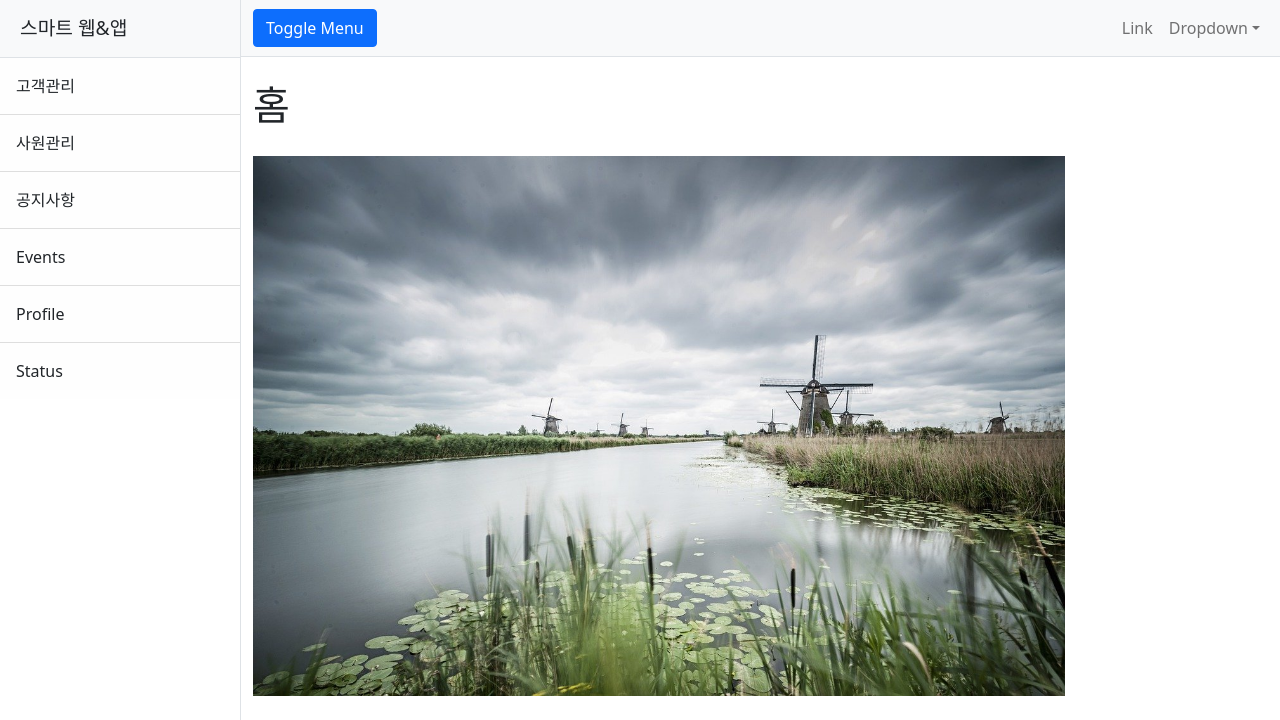
Repository: iwonhee/Study_Servlet
Page: http://localhost/web/index
These files come from the project's save history. The page is drawn as it stood at one moment and after the next save; the edit follows.
The browser window is 1280 px wide. The pictures show the whole page.
The page is served by Tomcat 9. Other server files are loaded and not shown.

Above is the page before, as saved 2022-12-02 06:51:39.

### web/src/main/webapp/index.jsp
<%@ page language="java" contentType="text/html; charset=UTF-8"
    pageEncoding="UTF-8"%>
<%@ taglib uri="http://java.sun.com/jsp/jstl/core" prefix="c"%>
<!DOCTYPE html>
<html>
<head>
<meta charset="UTF-8">
<meta name="viewport" content="width=device-width, initial-scale=1, shrink-to-fit=no" />
<title>Insert title here</title>
</head>
<body>
    <div class="d-flex" id="wrapper">
        <!-- SideBar-->
        <jsp:include page="include/sidebar.jsp"/>
        <!-- Page content wrapper-->
	<div id="page-content-wrapper">
        <!-- Top navigation-->
        <jsp:include page="include/navigation.jsp"/>
        <!-- Page content-->
    <div class="container-fluid">
    	<h1 class="mt-4">홈</h1>
        <img alt="" src="images/home.jpg" style='width:80%'>
            </div>
        </div>
    </div>
</body>
</html>

### web/src/main/webapp/include/sidebar.jsp
<%@ page language="java" contentType="text/html; charset=UTF-8"
    pageEncoding="UTF-8"%>
<%@ taglib uri="http://java.sun.com/jsp/jstl/core" prefix="c"%>
<head>
	<link rel="icon" type="image/x-icon" href="assets/favicon.ico" />
	<link href="css/styles.css?<%= new java.util.Date() %>" rel="stylesheet" />
	<link href="css/common.css?<%= new java.util.Date() %>" rel="stylesheet" />

	<script src="https://code.jquery.com/jquery-3.6.1.js"></script>
	<script src="https://cdn.jsdelivr.net/npm/bootstrap@5.1.3/dist/js/bootstrap.bundle.min.js"></script>
	<script src="js/scripts.js"></script>

</head>

<body>
<div class="border-end bg-white" id="sidebar-wrapper">
    <div class="sidebar-heading border-bottom bg-light"><a href='<c:url value="/index"/>'>스마트 웹&amp;앱</a></div>
    <div class="list-group list-group-flush">
        <a class="${category eq 'cu' ? 'category' : ''} list-group-item list-group-item-action list-group-item-light p-3" href="list.cu">고객관리</a>
        <a class="${category eq 'hr' ? 'category' : ''} list-group-item list-group-item-action list-group-item-light p-3" href="list.hr">사원관리</a>
        <a class="${category eq 'no' ? 'category' : ''} list-group-item list-group-item-action list-group-item-light p-3" href="list.no">공지사항</a>
        <a class="list-group-item list-group-item-action list-group-item-light p-3" href="#!">Events</a>
        <a class="list-group-item list-group-item-action list-group-item-light p-3" href="#!">Profile</a>
        <a class="list-group-item list-group-item-action list-group-item-light p-3" href="#!">Status</a>
    </div>
</div>
</body>

### web/src/main/webapp/include/navigation.jsp
<%@ page language="java" contentType="text/html; charset=UTF-8"
    pageEncoding="UTF-8"%>
<%@ taglib uri="http://java.sun.com/jsp/jstl/core" prefix="c"%>
<link rel="icon" type="image/x-icon" href="assets/favicon.ico" />
<link href="css/styles.css" rel="stylesheet" />
<!-- 폰트어썸 cdn -->
<link rel='stylesheet' type='text/css' href='https://cdnjs.cloudflare.com/ajax/libs/font-awesome/6.2.1/css/all.min.css'>
<script src='https://cdnjs.cloudflare.com/ajax/libs/font-awesome/6.2.1/js/all.min.js'></script>
<nav class="navbar navbar-expand-lg navbar-light bg-light border-bottom">
    <div class="container-fluid">
        <button class="btn btn-primary" id="sidebarToggle">Toggle Menu</button>
        <button class="navbar-toggler" type="button" data-bs-toggle="collapse" data-bs-target="#navbarSupportedContent" aria-controls="navbarSupportedContent" aria-expanded="false" aria-label="Toggle navigation"><span class="navbar-toggler-icon"></span></button>
        <div class="collapse navbar-collapse" id="navbarSupportedContent">
            <ul class="navbar-nav ms-auto mt-2 mt-lg-0">
                <li class="nav-item active">
                	<c:if test='${!empty loginInfo.profile_image}'>
	                	<img class='profile' src='${loginInfo.profile_image}'>
                	<%-- </c:if>
                	<c:if test='${empty loginInfo.profile_image}'> --%>
                		<i class="font fa-regular fa-circle-user"></i>
                	</c:if>
                	<span style='margin-right:20px'>${loginInfo.name}</span>
                </li>
                <li class="nav-item"><a class="nav-link" href="#!">Link</a></li>
                <li class="nav-item dropdown">
                    <a class="nav-link dropdown-toggle" id="navbarDropdown" href="#" role="button" data-bs-toggle="dropdown" aria-haspopup="true" aria-expanded="false">Dropdown</a>
                    <div class="dropdown-menu dropdown-menu-end" aria-labelledby="navbarDropdown">
                    <!-- 로그인하지 않은 경우 -->
                    <c:if test='${empty loginInfo}'>
                        <a class="dropdown-item" href="login.mb">로그인</a>
                        <a class="dropdown-item" href="#!">회원가입</a>
                    </c:if>
                    <!-- 로그인한 경우 -->
                    <c:if test='${not empty loginInfo}'>
                        <a class="dropdown-item" href="#!">내 정보</a>
                        <a class="dropdown-item" href="logout.mb">로그아웃</a>
                    </c:if>
                        <div class="dropdown-divider"></div>
                        <a class="dropdown-item" href="#!">Something else here</a>
                    </div>
                </li>
            </ul>
        </div>
    </div>
</nav>

### web/src/main/java/controller/HomeController.java
package controller;

import java.io.IOException;
import javax.servlet.ServletException;
import javax.servlet.annotation.WebServlet;
import javax.servlet.http.HttpServlet;
import javax.servlet.http.HttpServletRequest;
import javax.servlet.http.HttpServletResponse;

@WebServlet({"/index"})
public class HomeController extends HttpServlet {
	private static final long serialVersionUID = 1L;

	protected void service(HttpServletRequest request, HttpServletResponse response) throws ServletException, IOException {
		request.getSession().removeAttribute("category");
		String uri = request.getServletPath();
		String view = "";
		boolean redirect = false;

		if(uri.equals("/index")) {
			view = "index.jsp";
		}

		if(redirect) response.sendRedirect(view);
		else request.getRequestDispatcher(view).forward(request, response);
	}

}

### web/src/main/webapp/css/common.css
@charset "UTF-8";
body{text-align:center;}
table th, table td{
	border:1px solid #b0b0b0;
}
ul{
	list-style: none;
	align-items: center;
	padding:0;
	margin:0;
}
ul li {display:flex; align-items:center;}
#list-top{
	display:flex;
	justify-content: space-between;

}
#list-top ul{display:flex;padding:0; margin:0}
#list-top ul li:not(:first-child){margin-left:10px;}
.category{background-color:#0b5ed7 !important; color:#fff !important;}
table { text-align:center; margin: 0 auto;}
.btnSet{text-align:center; margin:20px auto;}
.btnSet button{padding: 8px 26px;}
table tr{height:46px;}
table.tb_list tr{height:38px;}
table td{ padding: 8px 10px }
table th{ background-color:#f6f6f6; text-align:center;}
h2{margin:50px auto; text-align:center; margin-top:30px;}

a:link, a:visited{text-decoration:none; color:inherit}
a:hover{ text-decoration:underline; color:#3367d6;}

select{
	height:32px;
	cursor:pointer;
	padding-left:10px;
}

.click{padding:0}
.click a{display:block; padding:12px 0 9px 0; transition:all .2s}
.click a:hover{background-color:#0d6efd; color:#fff; text-decoration:none}

.list-flex{
	display:flex;
	justify-content: space-between;
	align-items: center;
	margin:10px auto;
}
.list-flex>div{
	margin:0;
}
.profile{
	width:40px;
	height:40px;
	object-fit : cover;
	border-radius:50%;
}
.font{font-size:40px;}
.box{
	width:320px;
	margin:20px auto;
	box-sizing:border-box;
	border:1px solid #aaa;
	padding:30px 40px;
}
.box li{margin: 10px 0;}

.box input{
	width:95%;
	height:36px;
	margin-left:5px;
	margin-right:5px;
}
.center{
	position:absolute;
	left:50%; top:50%;
	transform:translate(-50%, -50%);
}

.mt-4{margin-top:20px;}
.mr-5{margin-right:20px;}

.w-pct80 { width: 80% }
.w-pct60 { width: 60% }
.w-pct40 { width: 40% }

.w-px40 { width: 40px }
.w-px60 { width: 60px }
.w-px80 { width: 80px }
.w-px100 { width: 100px }
.w-px120 { width: 120px }
.w-px140 { width: 140px }
.w-px160 { width: 160px }
.w-px180 { width: 180px }
.w-px200 { width: 200px }
.w-px300 { width: 300px }
.w-px400 { width: 400px }
.w-px500 { width: 500px }
.w-px600 { width: 600px }
.w-px800 { width: 800px }
.w-px840 { width: 840px }
.w-px900 { width: 900px }
.w-px1000 { width: 1000px }

### web/src/main/webapp/js/scripts.js
/*!
* Start Bootstrap - Simple Sidebar v6.0.5 (https://startbootstrap.com/template/simple-sidebar)
* Copyright 2013-2022 Start Bootstrap
* Licensed under MIT (https://github.com/StartBootstrap/startbootstrap-simple-sidebar/blob/master/LICENSE)
*/
//
// Scripts
//

window.addEventListener('DOMContentLoaded', event => {

    // Toggle the side navigation
    const sidebarToggle = document.body.querySelector('#sidebarToggle');
    if (sidebarToggle) {
        // Uncomment Below to persist sidebar toggle between refreshes
        // if (localStorage.getItem('sb|sidebar-toggle') === 'true') {
        //     document.body.classList.toggle('sb-sidenav-toggled');
        // }
        sidebarToggle.addEventListener('click', event => {
            event.preventDefault();
            document.body.classList.toggle('sb-sidenav-toggled');
            localStorage.setItem('sb|sidebar-toggle', document.body.classList.contains('sb-sidenav-toggled'));
        });
    }

});

Loaded but not shown: web/src/main/webapp/css/styles.css (library)

After the next save:
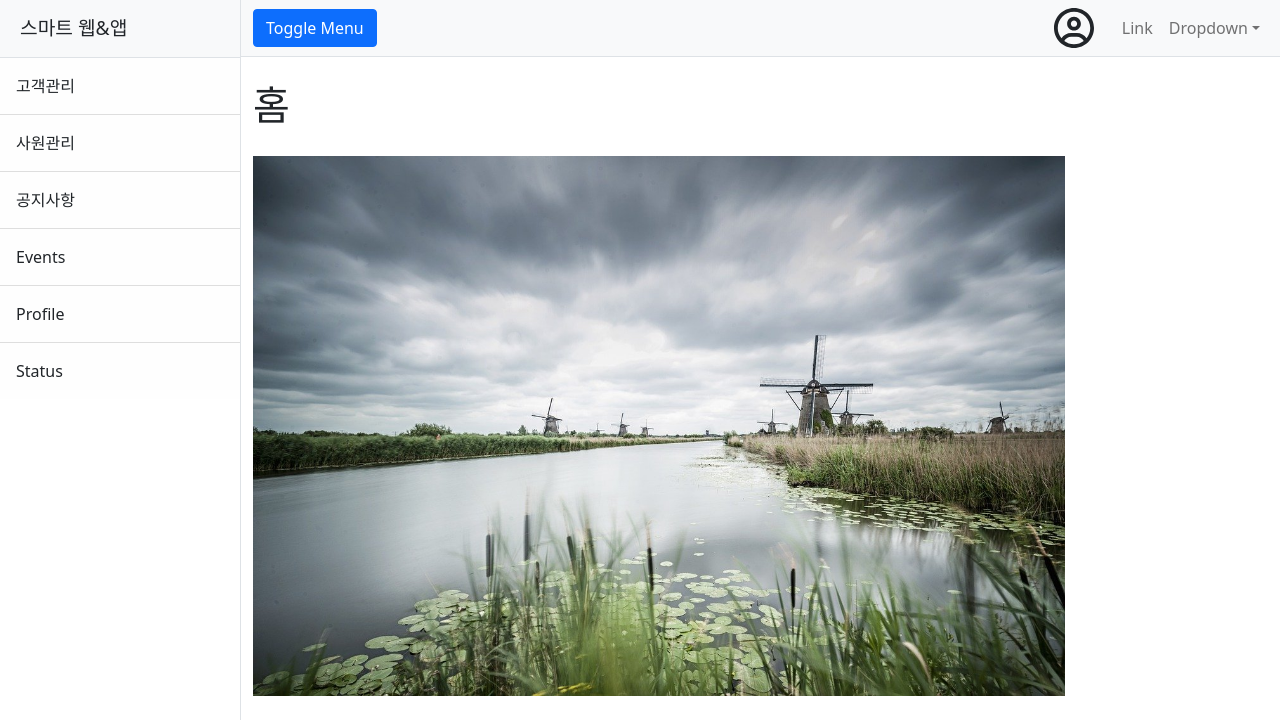
Saved 16 s later.
--- a/web/src/main/webapp/include/navigation.jsp
+++ b/web/src/main/webapp/include/navigation.jsp
@@ -15,8 +15,8 @@
                 <li class="nav-item active">
                 	<c:if test='${!empty loginInfo.profile_image}'>
 	                	<img class='profile' src='${loginInfo.profile_image}'>
-                	<%-- </c:if>
-                	<c:if test='${empty loginInfo.profile_image}'> --%>
+                	</c:if>
+                	<c:if test='${empty loginInfo.profile_image}'>
                 		<i class="font fa-regular fa-circle-user"></i>
                 	</c:if>
                 	<span style='margin-right:20px'>${loginInfo.name}</span>
